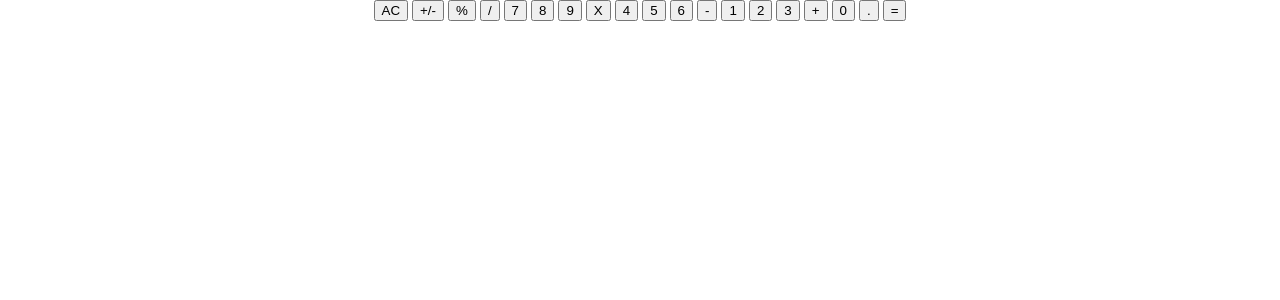
Repository: dmpelaez/calculator
Page: Calculator.html
An editor plug-in stored every save of this project. The page is shown before and after the next save, followed by the edit.
The browser window is 1280 px wide. The pictures show the whole page.

Above is the page before, as saved 2025-12-15 19:46:05.

### Calculator.html
<!DOCTYPE html>

  <html>
    <head>

      <title>Calculator</title>

      <!--CSS-->
      <link rel="stylesheet" href="Calculator.css">

    </head>
    <body>
      <!--Container-->
      <main class="container">

        <!--Sections-->
        <section class="Section">

          <!--Input section-->
          <div class="inputSection"></div>

          <!--Btns section-->
          <div class="btnSection">
            <button class="btn">AC</button>
            <button class="btn">+/-</button>
            <button class="btn">%</button>
            <button class="btn">/</button>
            <button class="btn">7</button>
            <button class="btn">8</button>
            <button class="btn">9</button>
            <button class="btn">X</button>
            <button class="btn">4</button>
            <button class="btn">5</button>
            <button class="btn">6</button>
            <button class="btn">-</button>
            <button class="btn">1</button>
            <button class="btn">2</button>
            <button class="btn">3</button>
            <button class="btn">+</button>
            <button class="btn">0</button>
            <button class="btn">.</button>
            <button class="btn">=</button>
          </div>
        </section>


      </main>

      <script src="Calculator.js"></script>
    </body>

  </html>

### Calculator.css
body {
  margin: 0;
  padding: 0;
  box-sizing: border-box;
  display: flex;
  align-items: center;
  justify-content: center;

}

Loaded but not shown: Calculator.js (no stored copy; drawn as an empty file)

After the next save:
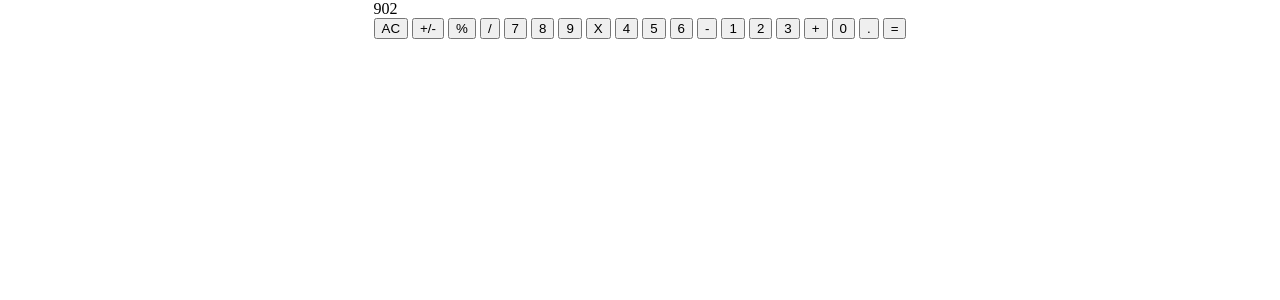
Saved 19 s later.
--- a/Calculator.html
+++ b/Calculator.html
@@ -17,7 +17,7 @@
         <section class="Section">
 
           <!--Input section-->
-          <div class="inputSection"></div>
+          <div class="inputSection">902</div>
 
           <!--Btns section-->
           <div class="btnSection">
